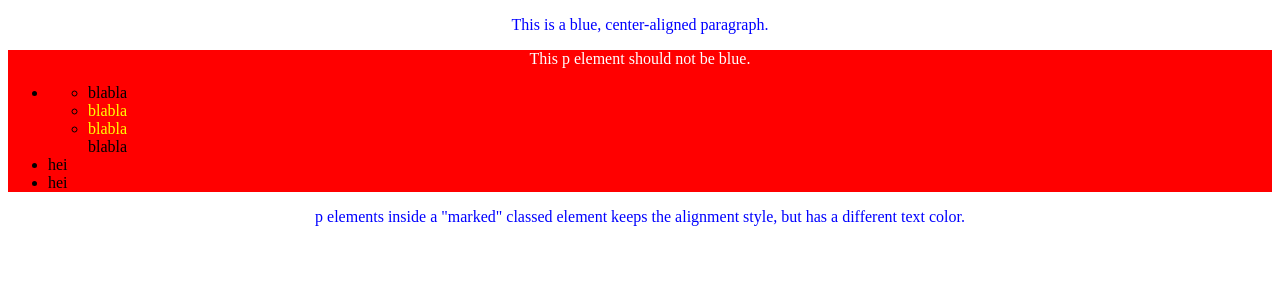
Repository: mesan/css-kurs
Page: kode/wroom/html-snippets/noNO.html
These files come from the project's save history. The page is drawn as it stood at one moment and after the next save; the edit follows.
The browser window is 1280 px wide. The pictures show the whole page.

Above is the page before, as saved 2013-01-16 09:52:45.

After the next save:
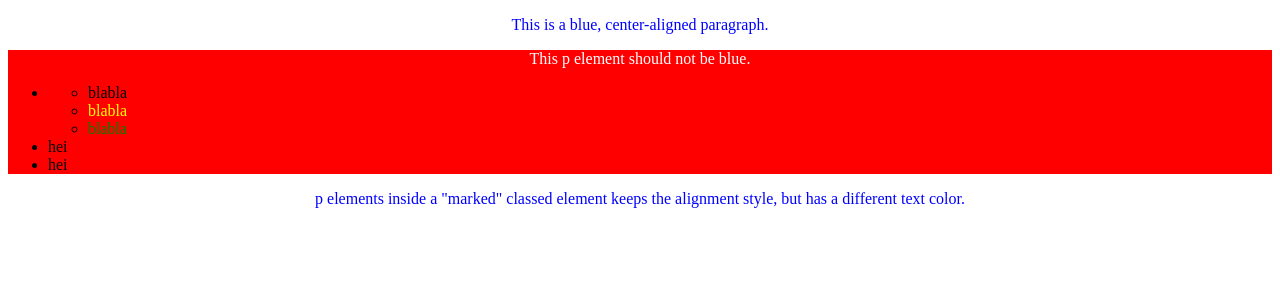
Saved 33 min 10 s later.
--- a/kode/wroom/html-snippets/noNO.html
+++ b/kode/wroom/html-snippets/noNO.html
@@ -13,11 +13,14 @@
 				color: white;
 			}
 
-			.marked li ul li > p {
+			.marked li ul li p {
 				color: yellow;
 				padding: 0;
 				margin: 0;
 				text-align: left;
+			}
+			.marked li ul li p a {
+				color: green;
 			}
 		</style>
 	</head>
@@ -45,7 +48,6 @@
 							<p>
 								<a>blabla</a>
 							</p>
-							blabla
 						</li>
 					</ul>
 				</li>
